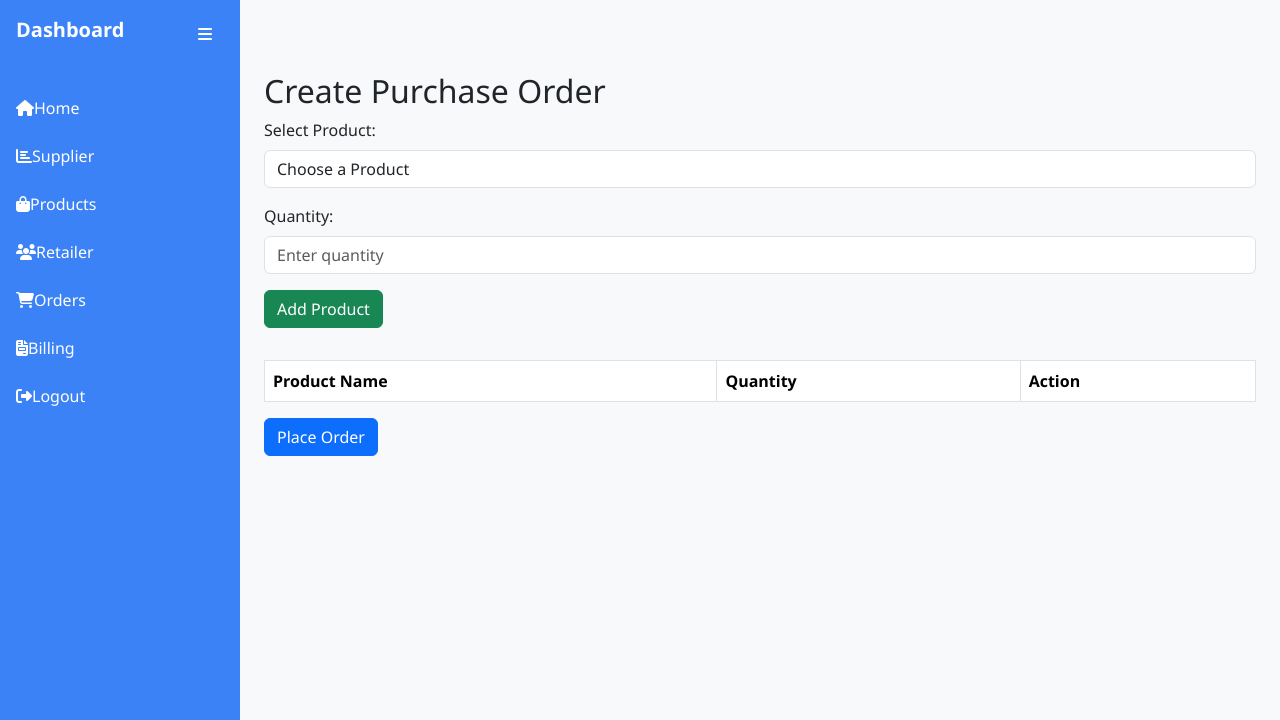
Repository: AditiAjitSalvi/Inventory_Managment
Page: http://localhost/Paper_inventory/NewFile.jsp
The author's editor kept a copy of each file at every save. The page is drawn from the files as they stood at one save, then again after the next save.
The browser window is 1280 px wide. The pictures show the whole page.
The page is served by Tomcat 10. Queries for data that is not in the repository find no rows.

Above is the page before, as saved 2025-06-04 13:51:34.

After the next save:
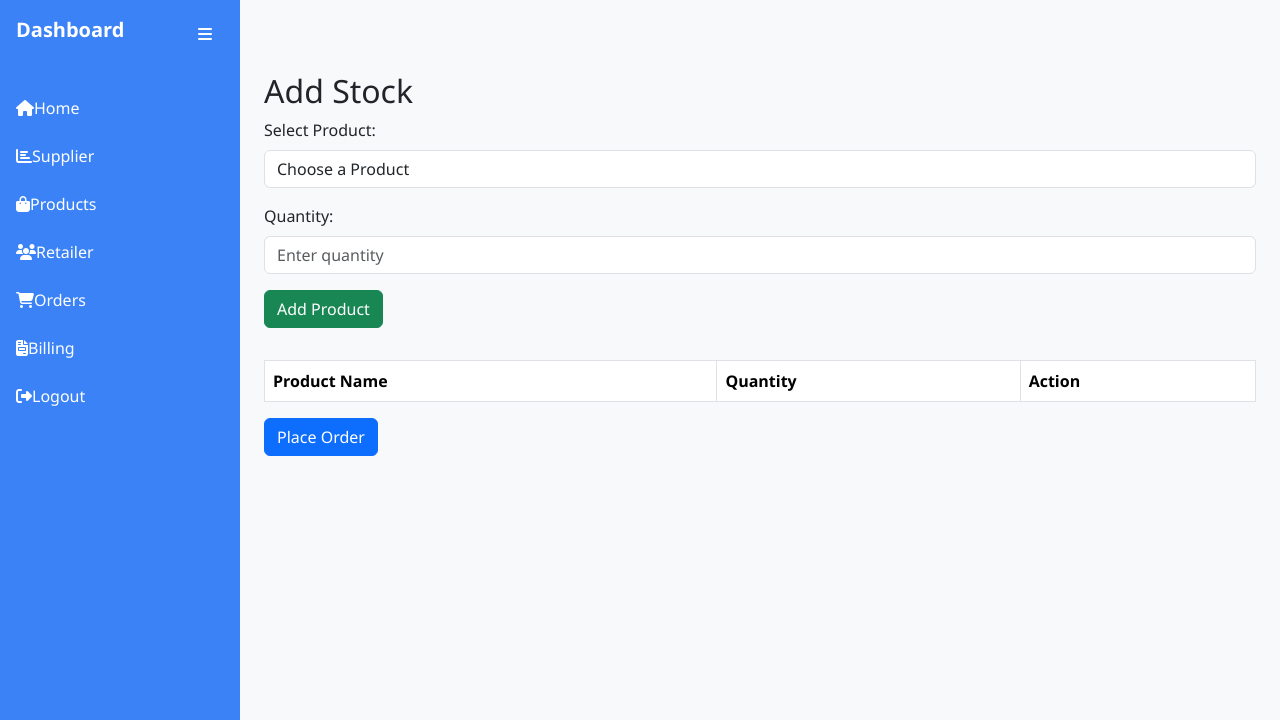
Saved 114 s later.
--- a/Paper_inventory/Paper_inventory/src/main/webapp/NewFile.jsp
+++ b/Paper_inventory/Paper_inventory/src/main/webapp/NewFile.jsp
@@ -127,7 +127,7 @@ body {
 		</div>
 
 		<div class="main-content container mt-5">
-			<h2>Create Purchase Order</h2>
+			<h2>Add Stock</h2>
 			<form action="SavePurchase.jsp" method="post" id="purchaseForm">
 				<div class="mb-3">
 					<label for="product" class="form-label">Select Product:</label> <select
